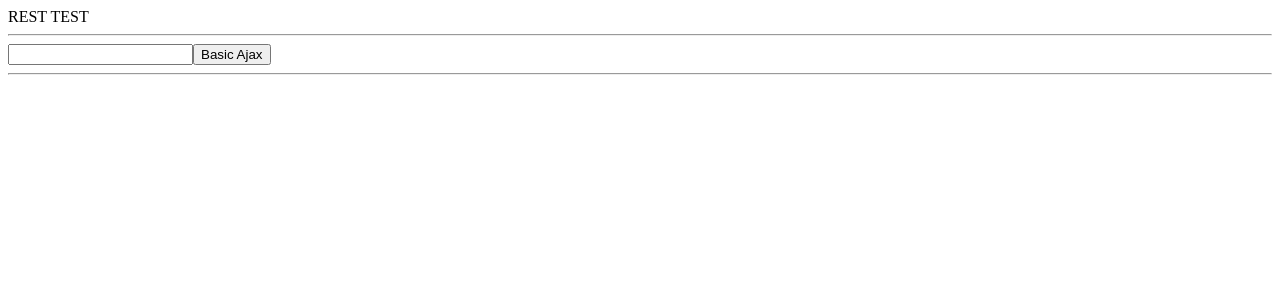
Repository: wonsungjin/Spring
Page: http://localhost/spring3_prj/lec05_rest/rest_test.jsp
An editor plug-in stored every save of this project. The page is shown before and after the next save, followed by the edit.
The browser window is 1280 px wide. The pictures show the whole page.
The page is served by Tomcat 9. Other server files are loaded and not shown.

Above is the page before, as saved 2024-06-17 01:30:03.

### spring3_prj/src/main/webapp/lec05_rest/rest_test.jsp
<%@ page language="java" contentType="text/html; charset=UTF-8"
    pageEncoding="UTF-8"%>
<%@taglib uri="http://java.sun.com/jsp/jstl/core" prefix="c"%>
<%@taglib uri="http://java.sun.com/jsp/jstl/fmt"  prefix="fmt"%>
<%@ taglib uri="http://java.sun.com/jsp/jstl/functions" prefix="fn"%><script src="https://code.jquery.com/jquery-3.7.1.js"></script>

<script> $(function() { }); </script>
<!DOCTYPE html>
<html>
<head>
<meta charset="UTF-8">
<title>Insert title here</title>
</head>
<body>
<div id="rest">REST TEST<hr></div>
<input type="text"id = "content" name = "ename"><input type="button" id="ajax_test" value="Basic Ajax"><hr>
<script>
$("#ajax_test").click(  function(){

		let content = $('#content').val();
		$.ajax({
			method      : "POST",
	        url         : "${pageContext.request.contextPath}/RestServletTest",
	        data 		: {content: content},
	  		error 	    : function(myval){ console.log("에러:" + myval);   },
	  		success     : function(myval){
	  										console.log("성공:" + myval);
	  										$("#rest").html("<b>"+myval+"</b>")
	  									 }
		});
	});
</script>
</body>
</html>

After the next save:
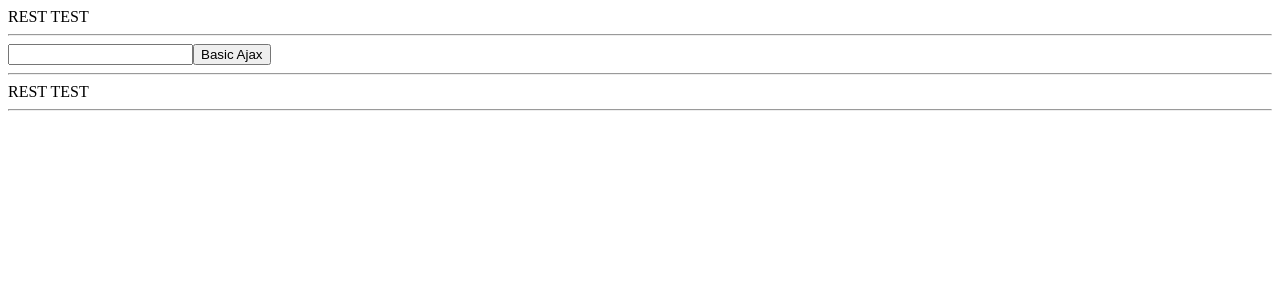
Saved 14 min 6 s later.
--- a/spring3_prj/src/main/webapp/lec05_rest/rest_test.jsp
+++ b/spring3_prj/src/main/webapp/lec05_rest/rest_test.jsp
@@ -14,6 +14,7 @@
 <body>
 <div id="rest">REST TEST<hr></div>
 <input type="text"id = "content" name = "ename"><input type="button" id="ajax_test" value="Basic Ajax"><hr>
+<div id="restTest">REST TEST<hr></div>
 <script>
 $("#ajax_test").click(  function(){
 
@@ -25,7 +26,7 @@ $("#ajax_test").click(  function(){
 	  		error 	    : function(myval){ console.log("에러:" + myval);   },
 	  		success     : function(myval){
 	  										console.log("성공:" + myval);
-	  										$("#rest").html("<b>"+myval+"</b>")
+	  										$("#restTest").html("<b>"+myval+"</b>")
 	  									 }
 		});
 	});
